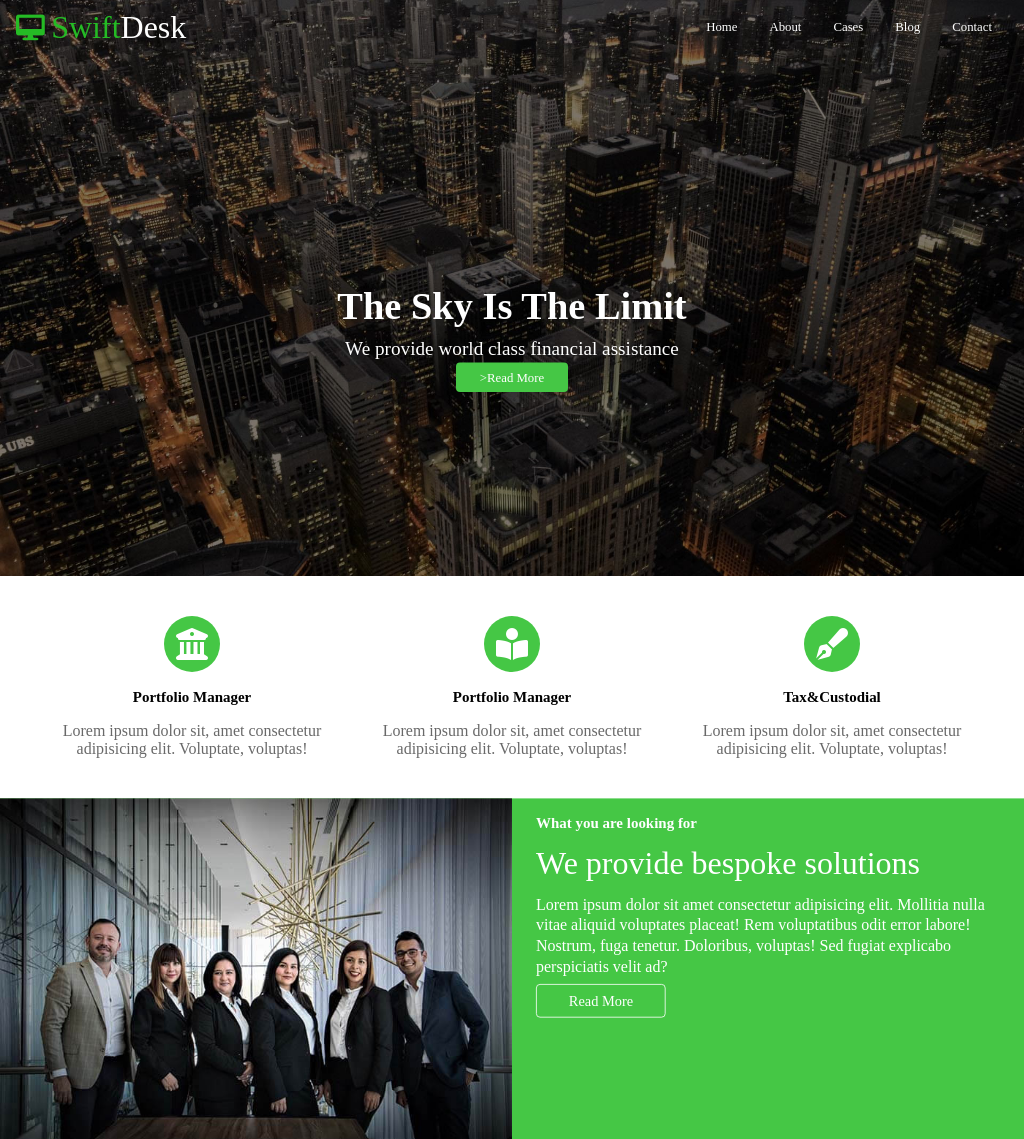
Repository: reemoon-ctrl/swiftdisk-Website-Flexbox
Page: index.html
The author's editor kept a copy of each file at every save. The page is drawn from the files as they stood at one save, then again after the next save.
The browser window is 1280 px wide. The pictures show the whole page, at 80% of full size.

Above is the page before, as saved 2024-07-26 23:17:06.

### index.html
<!DOCTYPE html>
<html lang="en">
<head>
    <meta charset="UTF-8">
    <meta name="viewport" content="width=device-width, initial-scale=1.0">
    <title>
        Swift Desk
    </title>
    <link rel="stylesheet" href="https://cdnjs.cloudflare.com/ajax/libs/font-awesome/6.0.0-beta3/css/all.min.css">

    <link rel="stylesheet" href="index.css">
</head>
<body>
    <div class="show-case">
        <header>
            <div class="nav-bar">
                <div class="title-bar">
                    <i class="fas fa-desktop fa-2x" style="color: rgb(37, 187, 37)"></i>
                    <h1 class="title"><span class="fword"> Swift</span>Desk</h1>
                </div>
                <div class="link-bar">
                    <a href="">Home</a>
                    <a href="#about">About</a>
                    <a href="">Cases</a>
                    <a href="">Blog</a>
                    <a href="">Contact</a>
                </div>
            </div>
        </header>
        <header class="hd-content">
            <h1>The Sky Is The Limit</h1>
            <p>We provide world class financial assistance
            </p>
            <a href="">>Read More</a>

        </header>

    </div>
    <main>
        <div class="about-section">
            <ul id="about"class="about-srvice" >
                <li><i class="fas fa-university " ></i>
                    <h3>Portfolio Manager</h3>
                    <p>Lorem ipsum dolor sit, amet consectetur adipisicing elit. Voluptate, voluptas!</p>
                </li>
                <li><i class="fas fa-book-open-reader " ></i>
                    <h3>Portfolio Manager</h3>
                    <p>Lorem ipsum dolor sit, amet consectetur adipisicing elit. Voluptate, voluptas!</p></li>
                <li><i class="fas fa-pen-fancy " ></i>
                    <h3>Tax&Custodial</h3>
                    <p>Lorem ipsum dolor sit, amet consectetur adipisicing elit. Voluptate, voluptas!</p></li>
            </ul>
        </div>
        <div>
            <div class="solutions">
                <img src="/img/home/people.jpg" alt="people">
                <div class="solution-content">
                    <h3>What you are looking for</h3>
                    <h2>We provide bespoke solutions</h2>
                    <p>Lorem ipsum dolor sit amet consectetur
                        adipisicing elit. Mollitia nulla vitae aliquid voluptates placeat! Rem voluptatibus odit error labore! Nostrum, fuga tenetur. Doloribus, voluptas! Sed
                        fugiat explicabo perspiciatis velit ad?</p>
                    <a href="index.html">Read More</a>
                 </div>
            </div>
        </div>
        <div>
            <div>
                <h3></h3>
            </div>
        </div>

    </main>


</body>
</html>

### index.css
*{
    box-sizing: border-box;
    margin: 0;
    padding: 0;
}
body{

}
.nav-bar{
    display: flex;
    justify-content:space-between ;
    padding: 10px 20px;
    color:#fff;




}
.title-bar{
    align-items: center;
    flex-grow: 1;
    display: flex;
    gap:.5rem;


}
.title-bar h1{
    display:inline-block;
    font-size:2.5rem;
    font-weight: 400;
}

.link-bar{

    /* flex-grow:1 ; */
    align-self: center;
    display: flex;
}
.link-bar a{
    padding: 10px 20px;
    color:#fff;
    text-decoration: none;


}
.link-bar a:hover{
    border-bottom: 1px #25bb25 solid;
}
.fword{
    color:#25bb25;
}
.show-case{
   height:100vh;
   text-align: center;
   color:#fff;

   background:  url('img/home/showcase.jpg') no-repeat center center/cover ;
}
.hd-content{
    padding-top: 18rem;
}
.hd-content h1{
    font-size: 3rem;
}
.hd-content p{
    font-size: 1.5rem;
    padding-top: .8rem;
    padding-bottom: .8rem;
}
.hd-content a{
    color: #fff;
    background:#45c745 ;
    padding: 10px 30px;
    border-radius: 5px;
    text-decoration: none;
    text-align: center;
}
.about-section ul{
    display: flex;
    list-style: none;
    gap: 20px;

}
.about-srvice{
    padding: 50px ;
}
.about-srvice li{
    text-align: center;
}
.about-srvice li i{
    background-color: rgb(69, 199, 69);
    color:#fff;
    width:70px;
    height: 70px;
    border-radius: 70px;
    font-size: 40px;
    padding-top:15px ;


}
.about-srvice li h3{
    padding-top: 20px;
}
.about-srvice li p{
    padding-top: 20px;
    font-size: 20px;
    color: dimgrey;
}

.solutions{
    display:flex;
    background: #45c745;
}
.solutions img{
    width:50%;
    flex-shrink: 1;

}
.solution-content{
    color:#fff;
    padding:20px 30px;
}
.solution-content{
    height:fit-content;
}
.solution-content h2{
    font-size: 40px;
    font-weight: 500;
    padding: 15px 0px;
}
.solution-content p{
    font-size: 20px;
    line-height: 1.3;
    margin-bottom: 20px;
}
.solution-content a{
    padding: 10px 40px;
    border: 1px solid;
    color:#fff;
    text-decoration: none;
    border-radius: 5px;
    font-size: 18px;

}

After the next save:
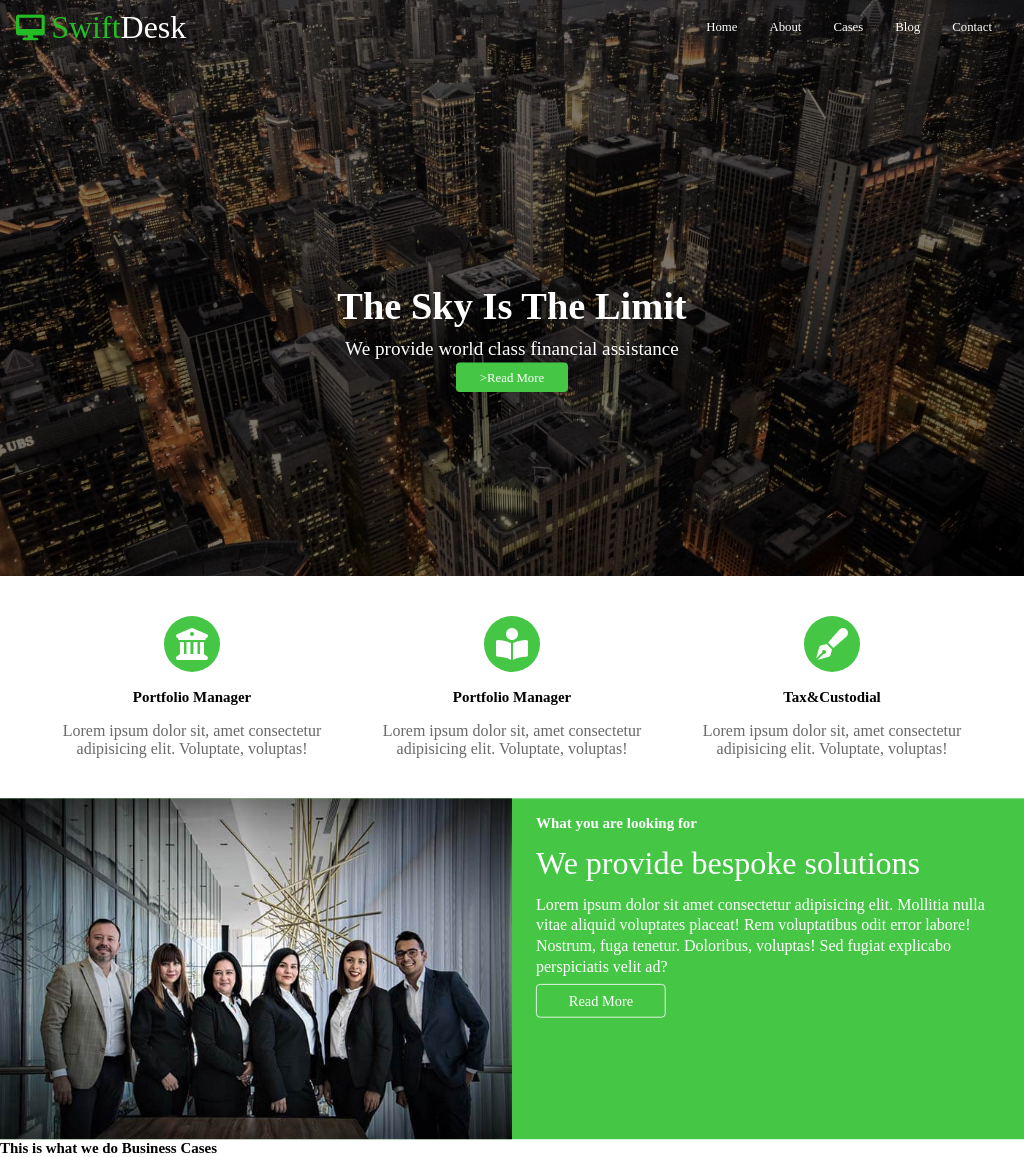
Saved 10 s later.
--- a/index.html
+++ b/index.html
@@ -66,7 +66,8 @@
         </div>
         <div>
             <div>
-                <h3></h3>
+                <h3>This is what we do
+                    Business Cases</h3>
             </div>
         </div>
 
